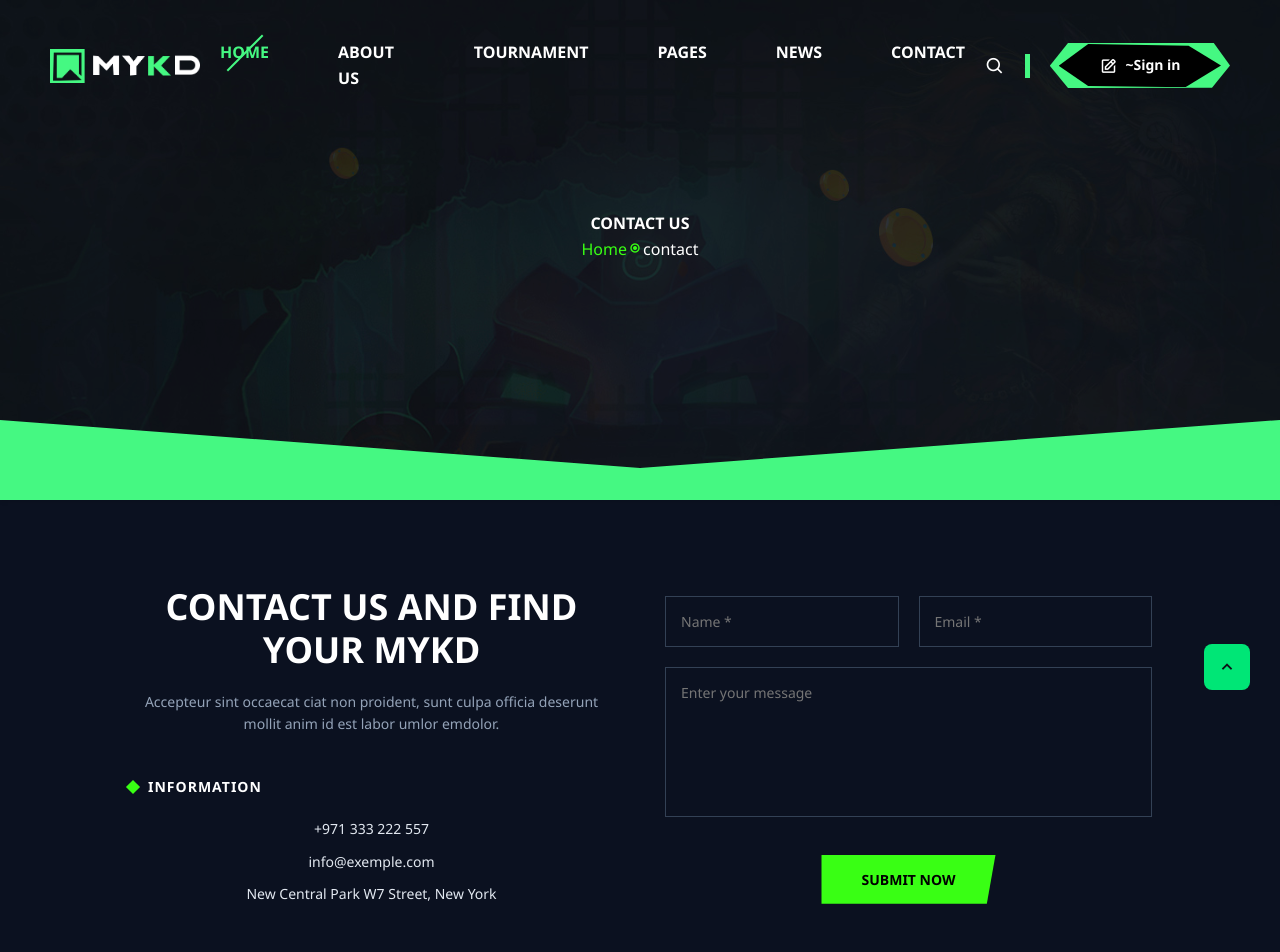
Repository: elfahl52/-MYKD-eSport-and-Gaming
Page: contact.html
The author's editor kept a copy of each file at every save. The page is drawn from the files as they stood at one save, then again after a run of saves.
The browser window is 1280 px wide. The pictures show the part of the page from y = 0 to 952 px (the page is 1882 px tall).
Some web fonts or font styles are not loaded; a fallback is used.

Above is the page before, as saved 2026-06-11 08:31:19.

After the next 9 saves:
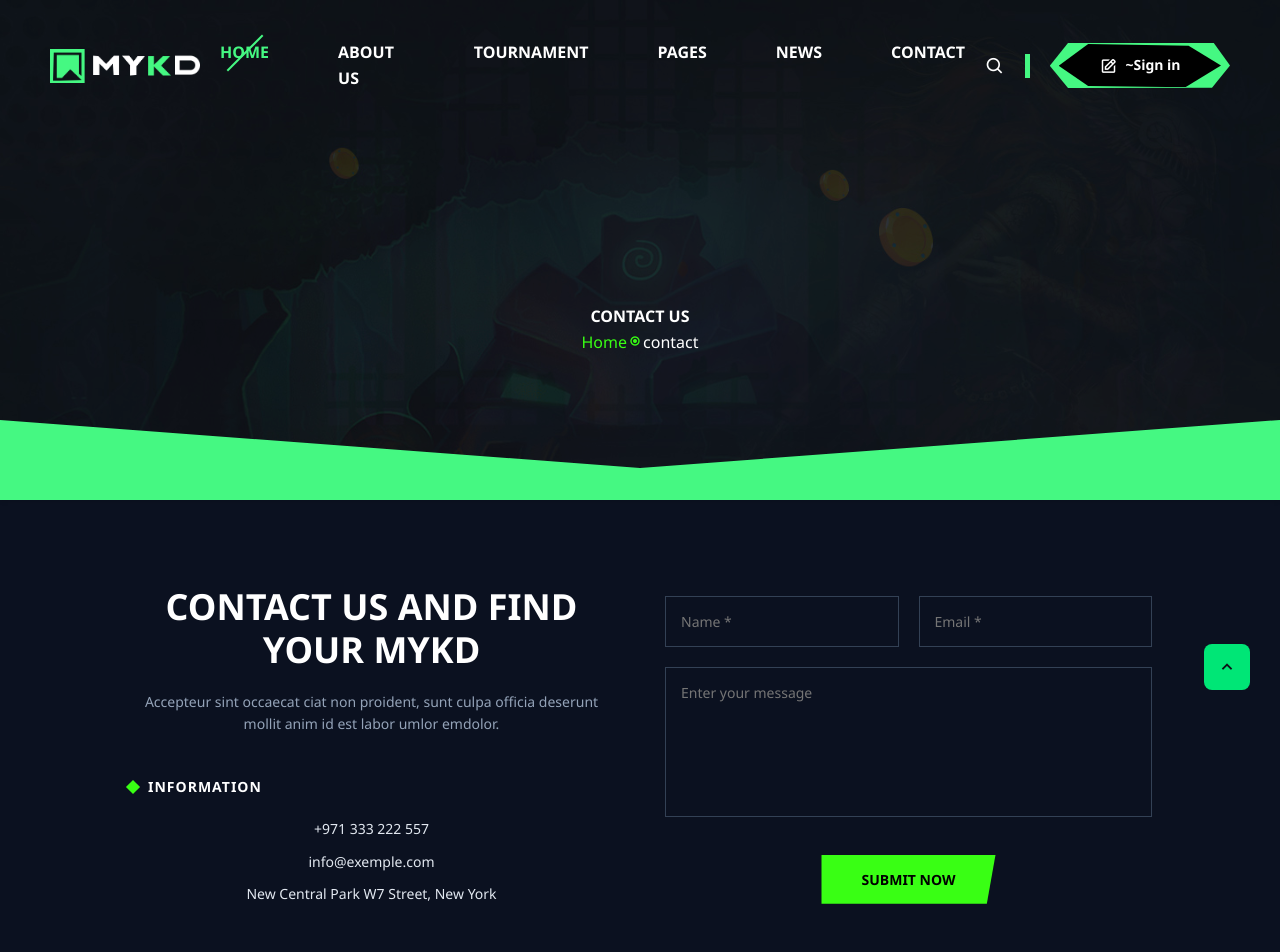
The 9 saves are shown as one change because they came seconds apart.
The last was saved 25 s later.
--- a/css/contact.css
+++ b/css/contact.css
@@ -21,6 +21,10 @@ header {
 header .content {
   text-align: center;
   margin: 80px auto;
+  position:  absolute;
+  top: 50%;
+  left: 50%;
+  transform: translate(-50%, -50%)
 }
 header .content b {
   text-transform: uppercase;
